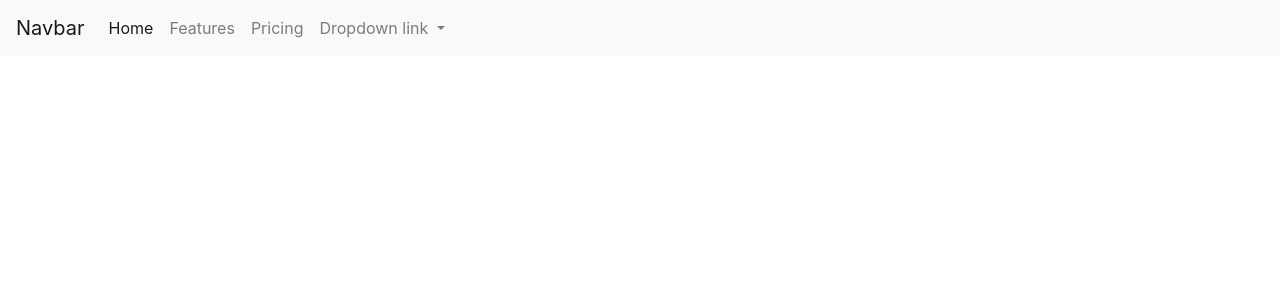
Repository: songeunleee/TodoApp
Page: index.html
An editor plug-in stored every save of this project. The page is shown before and after the next save, followed by the edit.
The browser window is 1280 px wide. The pictures show the whole page.

Above is the page before, as saved 2023-04-14 01:21:39.

After the next save:
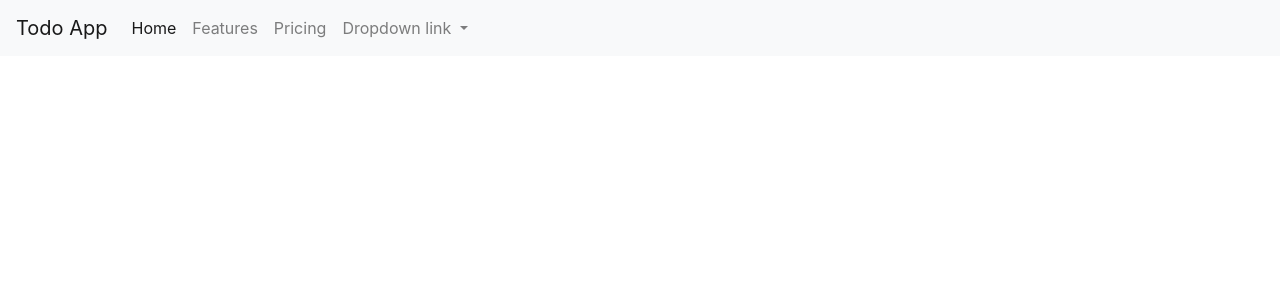
Saved 27 s later.
--- a/index.html
+++ b/index.html
@@ -13,7 +13,7 @@
   <body>
 
     <nav class="navbar navbar-expand-lg navbar-light bg-light">
-        <a class="navbar-brand" href="#">Navbar</a>
+        <a class="navbar-brand" href="#">Todo App</a>
         <button class="navbar-toggler" type="button" data-toggle="collapse" data-target="#navbarNavDropdown" aria-controls="navbarNavDropdown" aria-expanded="false" aria-label="Toggle navigation">
           <span class="navbar-toggler-icon"></span>
         </button>
